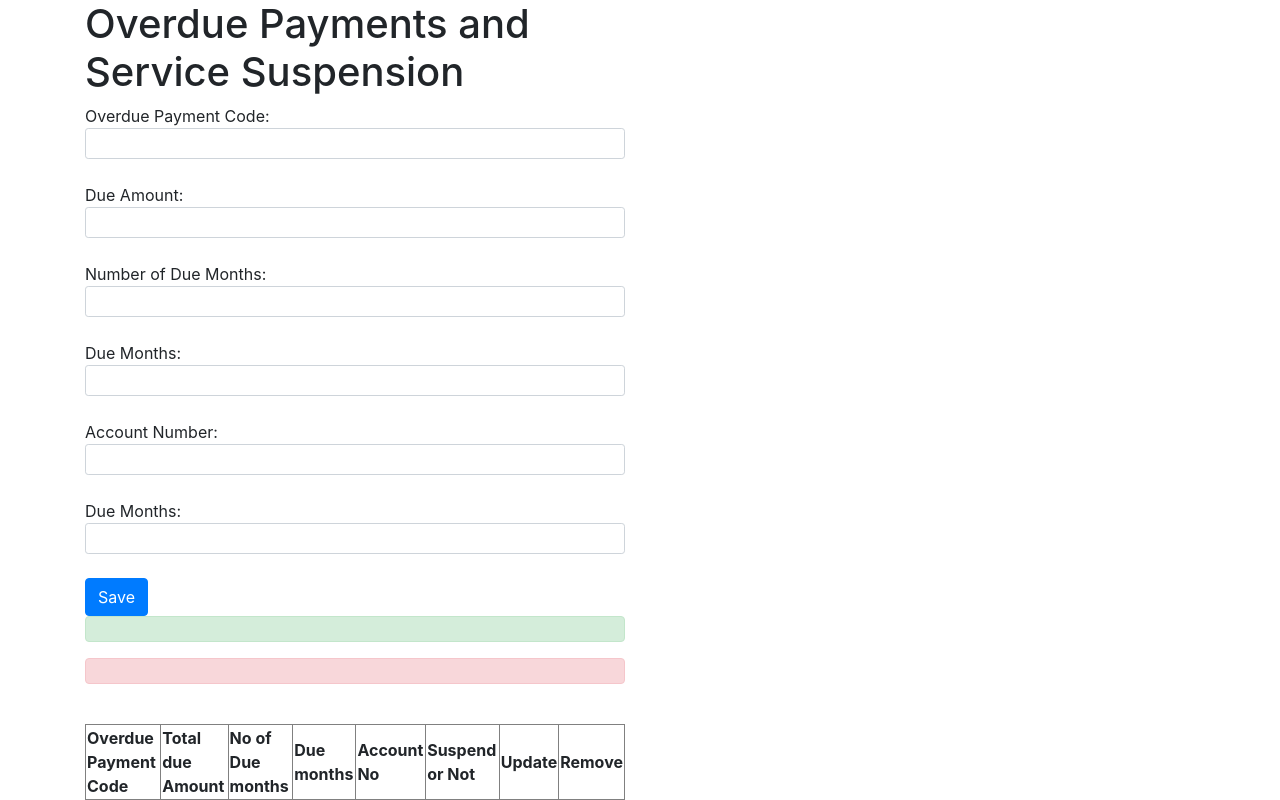
Repository: SameeriSubasinghe/ElectroGrid_G160_ODPaymentsService
Page: http://localhost/ElectroGrid_G160_ODPaymentService/ODPayment.jsp
An editor plug-in stored every save of this project. The page is shown before and after the next save, followed by the edit.
The browser window is 1280 px wide. The pictures show the whole page.
The page is served by Tomcat 9. Queries for data that is not in the repository find no rows.

Above is the page before, as saved 2022-05-10 11:12:52.

After the next save:
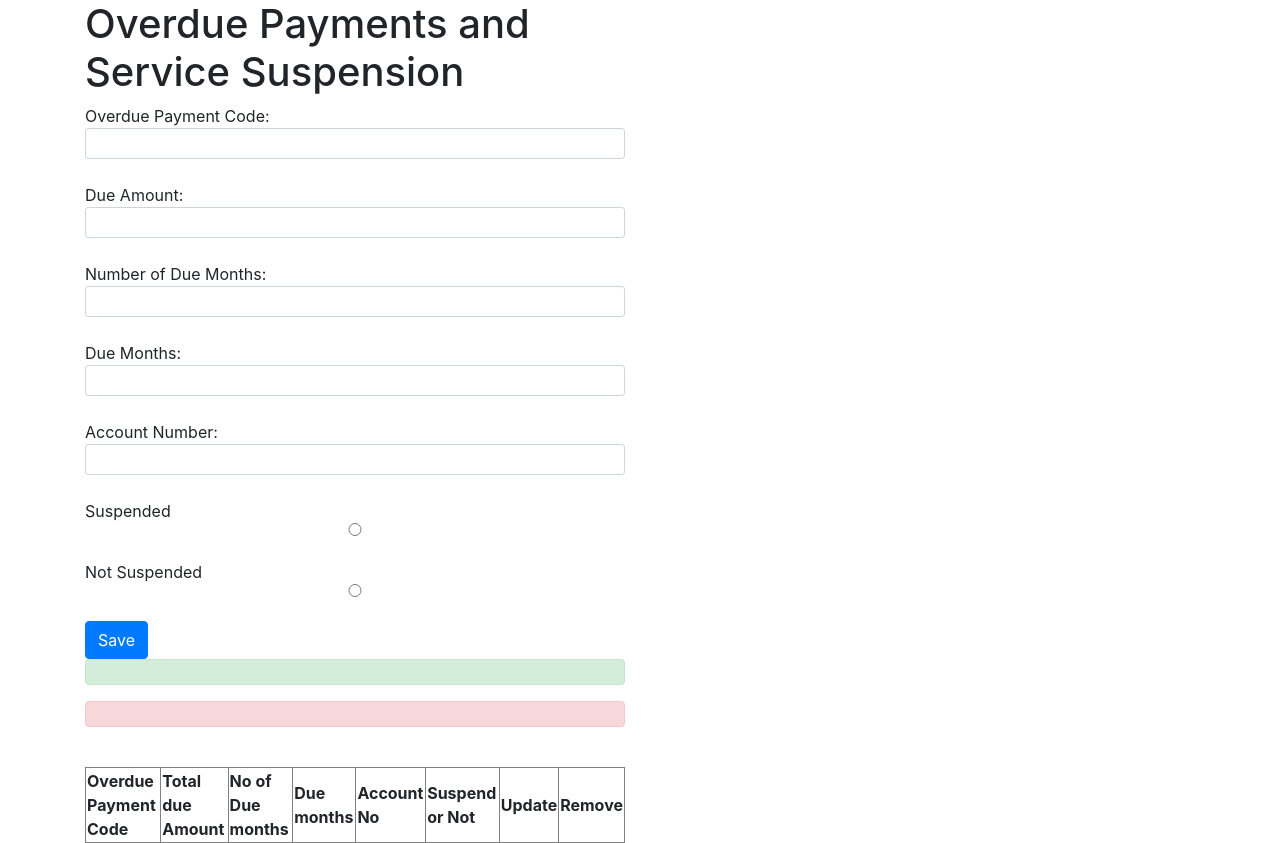
Saved 3 min 48 s later.
--- a/ElectroGrid_G160_ODPaymentService/src/main/webapp/ODPayment.jsp
+++ b/ElectroGrid_G160_ODPaymentService/src/main/webapp/ODPayment.jsp
@@ -31,8 +31,11 @@ pageEncoding="ISO-8859-1"%>
               Account Number:
               <input id="accno" name="accno" type="text" class="form-control form-control-sm">
               <br>
-              Due Months:
-              <input id="dmonth" name="dmonth" type="text" class="form-control form-control-sm">
+              Suspended
+              <input id="susp" name="susp" type="radio" class="form-control form-control-sm">
+              <br>
+              Not Suspended
+              <input id="susp" name="susp" type="radio" class="form-control form-control-sm">
               <br>
 
 
